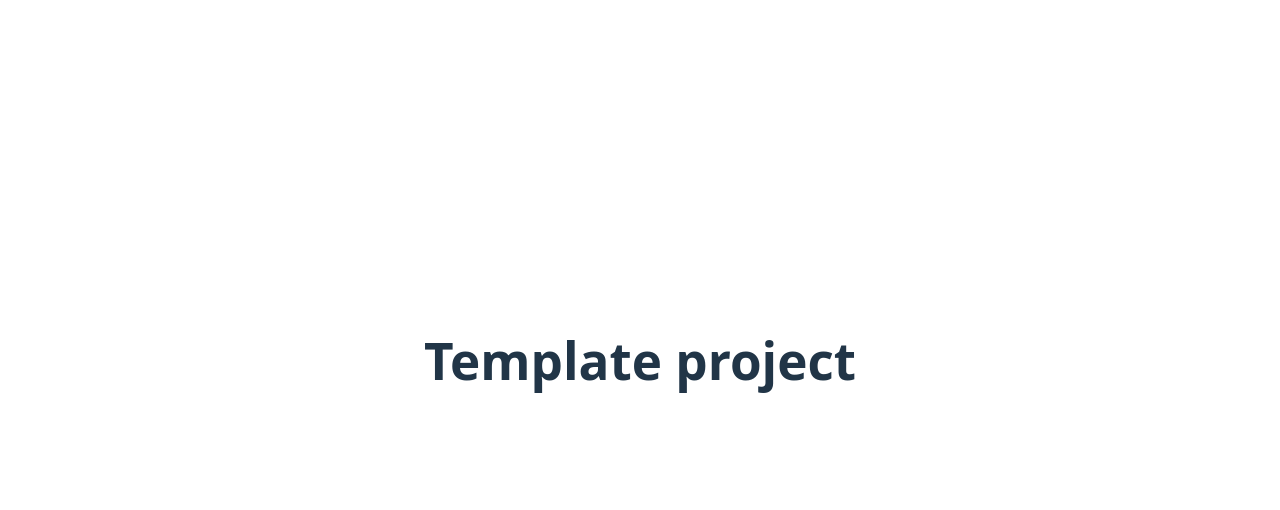
Repository: valentina2209/homeworks
Page: / (app in hw-03-teacher/)
These files come from the project's save history. The page is drawn as it stood at one moment and after the next save; the edit follows.
The browser window is 1280 px wide. The pictures show the whole page.
The project was rebuilt for these pictures with package versions that can differ from the ones it lists, and the page was loaded fresh each time. Also part of the build but not shown: hw-03-teacher/vite.config.js.

Above is the page before, as saved 2025-06-05 10:41:37.

After the next save:
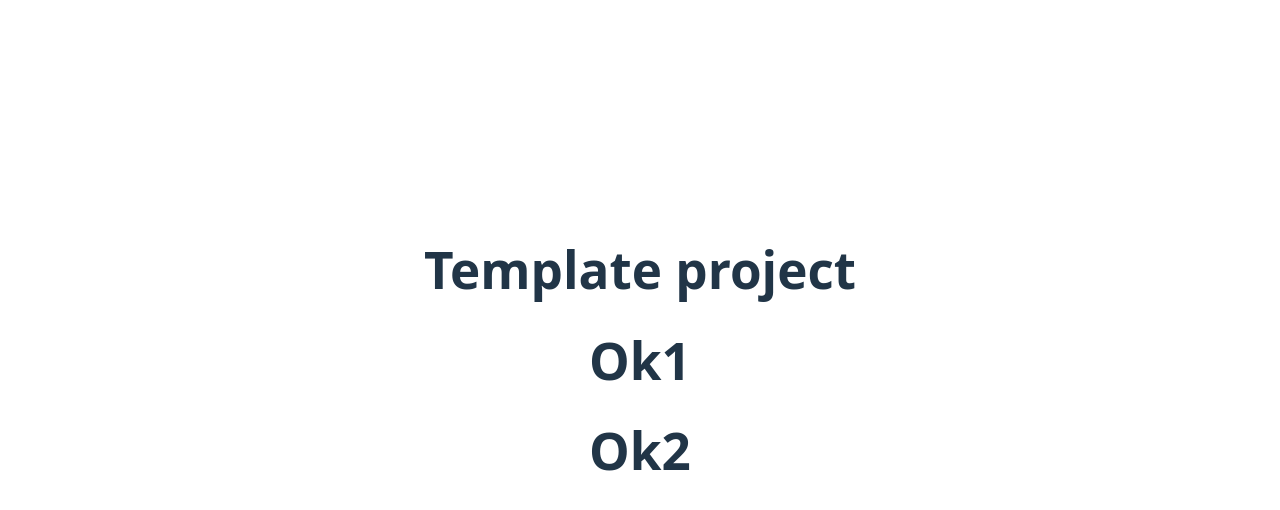
Saved 45 s later.
--- a/hw-03-teacher/src/App.jsx
+++ b/hw-03-teacher/src/App.jsx
@@ -5,6 +5,7 @@ function App() {
     <>
       <div>
         <h1>Template project</h1>
+        <div>{[<h1>Ok1</h1>, <h1>Ok2</h1>]}</div>
       </div>
     </>
   )
